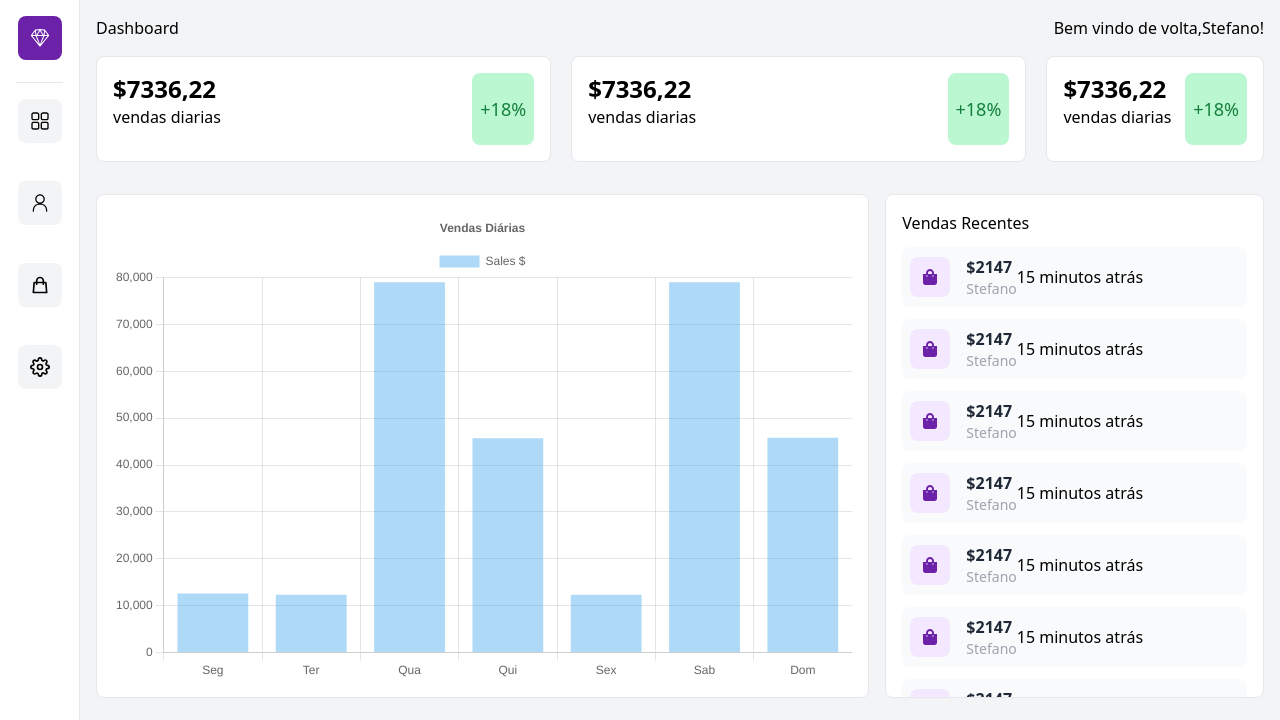
Repository: stefanosousaa/dashboard-next13
Page: /
The author's editor kept a copy of each file at every save. The page is drawn from the files as they stood at one save, then again after the next save.
The browser window is 1280 px wide. The pictures show the whole page.
The project was rebuilt for these pictures with package versions that can differ from the ones it lists, and the page was loaded fresh each time. The framework's server and built-in components were replaced by stand-ins that run in the browser. Also part of the build but not shown: next.config.js.

Above is the page before, as saved 2023-05-16 18:58:07.

After the next save:
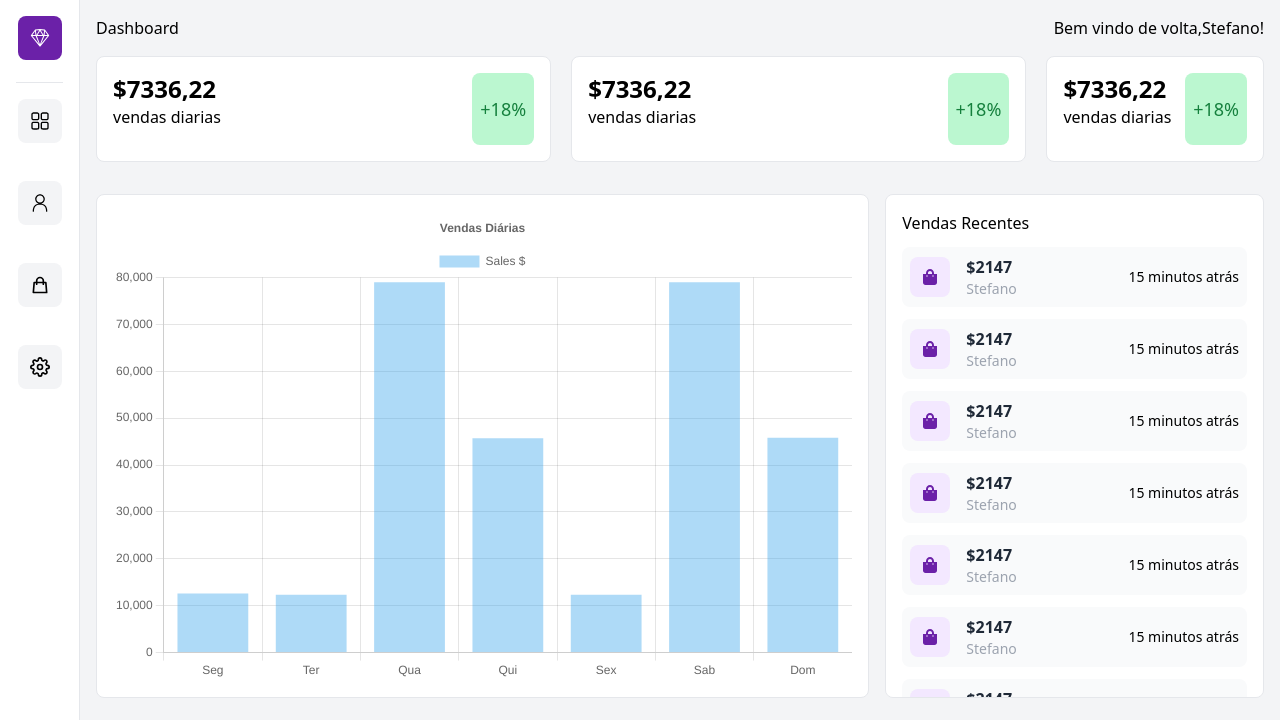
Saved 85 s later.
--- a/components/RecentOrders.jsx
+++ b/components/RecentOrders.jsx
@@ -16,7 +16,7 @@ const RecentOrders = () => {
                 <p className='text-gray-800 font-bold'>${order.total}</p>
                 <p className='text-gray-400 text-sm'>{order.name.first}</p>
              </div>
-             <p>
+             <p className='lg:flex md:hidden absolute right-6 text-sm'>
               {order.date}
              </p>
           </li>
